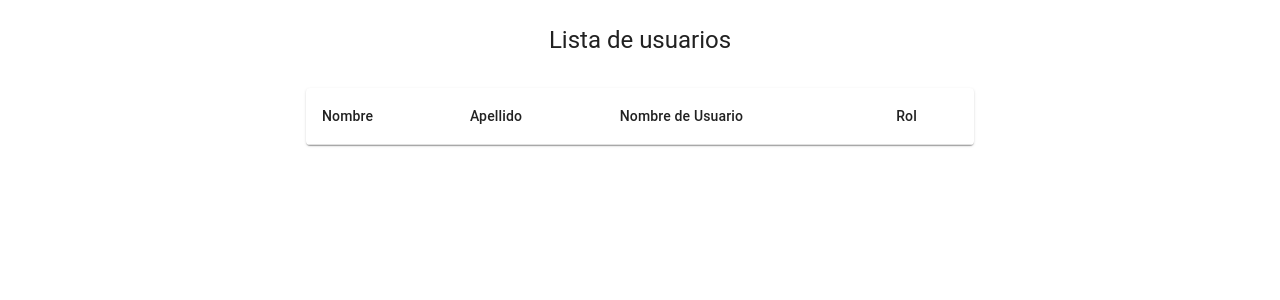
Repository: Mpablom/usuarioCaC-integrador-final-front
Page: /usuarios
The author's editor kept a copy of each file at every save. The page is drawn from the files as they stood at one save, then again after the next save.
The browser window is 1280 px wide. The pictures show the whole page.
The page's requests for data from a server got no answer. The project was rebuilt for these pictures with package versions that can differ from the ones it lists, and the page was loaded fresh each time. No one was signed in, and anything a server would have sent is missing. Also part of the build but not shown: vite.config.ts, src/components/Login.tsx, src/index.css.

Above is the page before, as saved 2024-07-10 23:37:26.

### src/App.tsx
// App.tsx (o donde configures tus rutas)
import React from 'react';
import {
  BrowserRouter as Router,
  Route,
  Routes,
  Navigate,
} from 'react-router-dom';
import Login from './components/Login'; // Componente de inicio de sesión
import UsuariosTable from './components/UsuariosTable'; // Componente de la tabla de usuarios

const App: React.FC = () => {
  return (
    <Router>
      <Routes>
        <Route path="/login" element={<Login />} />
        <Route path="/usuarios" element={<UsuariosTable />} />
        <Route path="/" element={<Navigate to="/login" />} />
      </Routes>
    </Router>
  );
};

export default App;

### src/components/UsuariosTable.tsx
import React, { useEffect, useState } from "react";
import {
  TableContainer,
  Table,
  TableHead,
  TableBody,
  TableRow,
  TableCell,
  Paper,
  Card,
  CardHeader,
  CardContent,
} from "@mui/material";
import { Usuario } from "../models/UsuarioModel";
import { getUsuarios } from "../axios/UsuarioApi";

const UsuariosTable: React.FC = () => {
  const [usuarios, setUsuarios] = useState<Usuario[]>([]);

  useEffect(() => {
    const fetchUsuarios = async () => {
      try {
        const usuariosData = await getUsuarios();
        setUsuarios(usuariosData);
      } catch (error) {
        console.error("Error fetching usuarios:", error);
      }
    };

    fetchUsuarios();
  }, []);

  return (
    <Card sx={{ maxWidth: 700, margin: "auto", boxShadow:'none' }}>
      <CardHeader
        title="Lista de usuarios"
        sx={{ textAlign: "center" }}
      ></CardHeader>
      <CardContent>
        <TableContainer component={Paper}>
          <Table>
            <TableHead>
              <TableRow>
                <TableCell>Nombre</TableCell>
                <TableCell>Apellido</TableCell>
                <TableCell>Nombre de Usuario</TableCell>
                <TableCell>Rol</TableCell>
              </TableRow>
            </TableHead>
            <TableBody>
              {usuarios.map((usuario) => (
                <TableRow key={usuario.id}>
                  <TableCell>{usuario.nombre}</TableCell>
                  <TableCell>{usuario.apellido}</TableCell>
                  <TableCell>{usuario.username}</TableCell>
                  <TableCell>{usuario.rol}</TableCell>
                </TableRow>
              ))}
            </TableBody>
          </Table>
        </TableContainer>
      </CardContent>
    </Card>
  );
};

export default UsuariosTable;

### src/axios/UsuarioApi.ts
import api from './Api';
import { Usuario, UsuarioLogin } from '../models/UsuarioModel';

export const getUsuarios = async (): Promise<Usuario[]> => {
  const response = await api.get('/usuarios');
  return response.data;
};

export const getUsuarioById = async (id: number): Promise<Usuario> => {
  const response = await api.get(`/usuarios/${id}`);
  return response.data;
};

export const createUsuario = async (usuario: Usuario): Promise<void> => {
  const response = await api.post('/usuarios', usuario);
  return response.data;
};

export const updateUsuario = async (id: number, usuario: Usuario): Promise<void> => {
  const response = await api.put(`/usuarios/${id}`, usuario);
  return response.data;
};

export const deleteUsuario = async (id: number): Promise<void> => {
  const response = await api.delete(`/usuarios/${id}`);
  return response.data;
};

export const restoreUsuario = async (id: number): Promise<void> => {
  const response = await api.patch(`/usuarios/${id}`);
  return response.data;
};
export const login = async (usuarioLogin: UsuarioLogin): Promise<Usuario> => {
    try {
        const response = await api.post(`/usuarios/login`, usuarioLogin);
        return response.data as Usuario; // Asegúrate de que response.data sea del tipo Usuario
    } catch (error) {
        if (error instanceof Error) {
            throw new Error(`Error al iniciar sesión: ${error.message}`);
        } else {
            throw new Error(`Error al iniciar sesión: Error desconocido`);
        }
    }
  }

### src/axios/api.ts
import axios from 'axios';

const api = axios.create({
  baseURL: 'http://localhost:8080',
  headers: {
    'Content-Type': 'application/json',
  },
});

export default api;

Loaded but not shown: index.html (common file); src/main.tsx (common file)

After the next save:
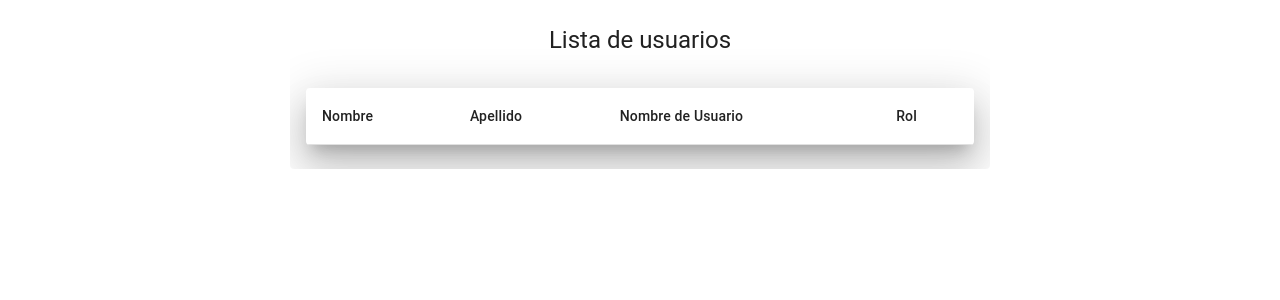
Saved 20 s later.
--- a/src/components/UsuariosTable.tsx
+++ b/src/components/UsuariosTable.tsx
@@ -37,7 +37,7 @@ const UsuariosTable: React.FC = () => {
         sx={{ textAlign: "center" }}
       ></CardHeader>
       <CardContent>
-        <TableContainer component={Paper}>
+        <TableContainer component={Paper} sx={{ boxShadow:'24' }}>
           <Table>
             <TableHead>
               <TableRow>
